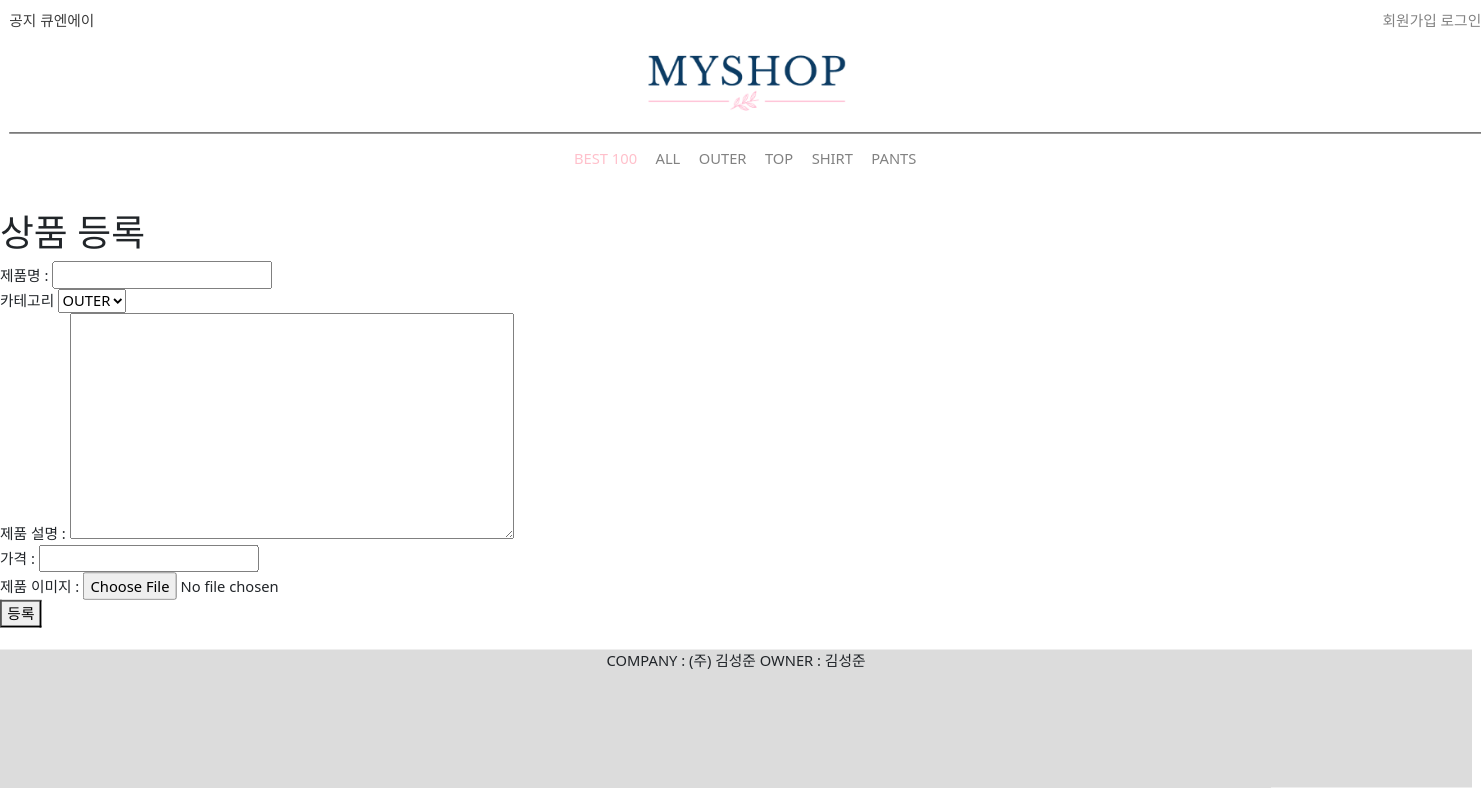
Repository: kkj53051000/MyShop
Page: http://localhost/myshop/WEB-INF/views/product-upload.jsp
An editor plug-in stored every save of this project. The page is shown before and after the next save, followed by the edit.
The browser window is 1280 px wide. The page is 1610 px wide, so the pictures cover 1610 px, including what lies to the right of the window. The pictures show the whole page, at 92% of full size.
The page is served by Tomcat 9. Nobody is signed in. Other server files are loaded and not shown. The template is opened directly, without the code that normally fills it, so the values that code supplies are empty.

Above is the page before, as saved 2021-02-21 06:04:29.

### myshop/src/main/webapp/WEB-INF/views/product-upload.jsp
<%@ page language="java" contentType="text/html; charset=UTF-8"
    pageEncoding="UTF-8"%>
<!DOCTYPE html>
<html>
<head>
<meta charset="UTF-8">
<title>Insert title here</title>
</head>
<body>
	<%@ include file="common/header.jsp" %>
	<br>
	<div>
		<h1>상품 등록</h1>
		<form action="/product" method="POST" enctype="multipart/form-data">
			제품명 : <input name="name"/><br/>
			카테고리
			<SELECT name="category" size=1>
		        <OPTION VALUE="OUTER" SELECTED>OUTER</OPTION>
		        <OPTION VALUE="TOP">TOP</OPTION>
		        <OPTION VALUE="SHIRT">SHIRT</OPTION>
		        <OPTION VALUE="PANTS">PANTS</OPTION>
		    </SELECT><br/>
		   	제품 설명 : <textarea name="info" cols="50" rows="10"></textarea><br/>
			가격 : <input name="price"/><br/>
			제품 이미지 : <input name="img" type="file"/><br/>
			<button>등록</button>
		</form>
	</div>
	<br>
	<%@ include file="common/footer.jsp" %>
</body>
</html>

### myshop/src/main/webapp/WEB-INF/views/common/header.jsp
<%@ page language="java" contentType="text/html; charset=UTF-8" pageEncoding="UTF-8"%>
<%@ taglib prefix="c" uri="http://java.sun.com/jsp/jstl/core" %>
<!DOCTYPE html>
<html>
<head>
	<meta charset="UTF-8">
	<title>Header</title>
	<style>
		.header{
			margin: 10px;

			min-width: 1600px;
		}
		.header_top{
			display: flex;
			flex-direction: row;
			justify-content: space-between;

			color: #3c3c3c;
		}
		.header_center{
			display: flex;
			justify-content: center;
			margin-bottom: 5px;
			border-bottom: 1px solid black;
		}
		.header_center_img{
			height: 100px;
		}
		.header_left{

		}
		.header_right{

		}
		.header_footer{

			width: 100%;
			display: flex;
			justify-content: center;

			<!-- position: fixed; -->


			color: #828282;
		}
		.header_footer > span{
			margin: 10px;
		}
		img{
			margin-bottom: 10px;
		}

		a:link {text-decoration:none; color: #828282;}
		a:visited {text-decoration:none; color: #828282;}
		a:hover {text-decoration:none; color: #828282;}
	</style>
	<link href="https://cdn.jsdelivr.net/npm/bootstrap@5.0.0-beta2/dist/css/bootstrap.min.css" rel="stylesheet" integrity="sha384-BmbxuPwQa2lc/FVzBcNJ7UAyJxM6wuqIj61tLrc4wSX0szH/Ev+nYRRuWlolflfl" crossorigin="anonymous">
</head>
<body>
	<div class="header">
		<div class="header_top">
			<div class="header_left">
				<span>공지</span>
				<span>큐엔에이</span>
			</div>
			<div class="header_right">
				<c:if test="${user.role == 'USER'}">
					<!-- user, admin Check -->
				</c:if>

				<c:if test="${user == null}">
					<span><a href="/join">회원가입</a></span>
					<span><a href="/login">로그인</a></span>
				</c:if>
				<c:if test="${user != null}">
					<span><a href="/admin/product-list">제품상세등록</a></span>
					<span><a href="/product-upload">제품등록</a></span>
					<span><a href="/order/list">주문내역</a></span>
					<span><a href="##">카트</a></span>
					<span><a href="##">마이페이지</a></span>
					<span><a href="/logout">로그아웃</a></span>
				</c:if>
			</div>
		</div>
		<div class="header_center">
			<a href="/"><img class="header_center_img" src="/public/upload/logo.jpg"/></a>
		</div>
		<div class="header_footer">
			<span><a href="####" style="color: #ffc0cb;">BEST 100</a></span>
			<span><a href="/products?category=ALL">ALL</a></span>
			<span><a href="/products?category=OUTER">OUTER</a></span>
			<span><a href="/products?category=TOP">TOP</a></span>
			<span><a href="/products?category=SHIRT">SHIRT</a></span>
			<span><a href="/products?category=PANTS">PANTS</a></span>
		</div>
	</div>
</body>
</html>

### myshop/src/main/webapp/WEB-INF/views/common/footer.jsp
<%@ page language="java" contentType="text/html; charset=UTF-8"
    pageEncoding="UTF-8"%>
<!DOCTYPE html>
<html>
<head>
	<meta charset="UTF-8">
	<title>Insert title here</title>
	<style>
		.footer{
			display: flex;
			justify-content: center;
			background-color: #dcdcdc;
			height: 150px;

			min-width: 1600px;
		}
	</style>
</head>
<body>
	<div class="footer">
		<span>COMPANY : (주) 김성준 OWNER : 김성준</span>
	</div>
</body>
</html>

After the next save:
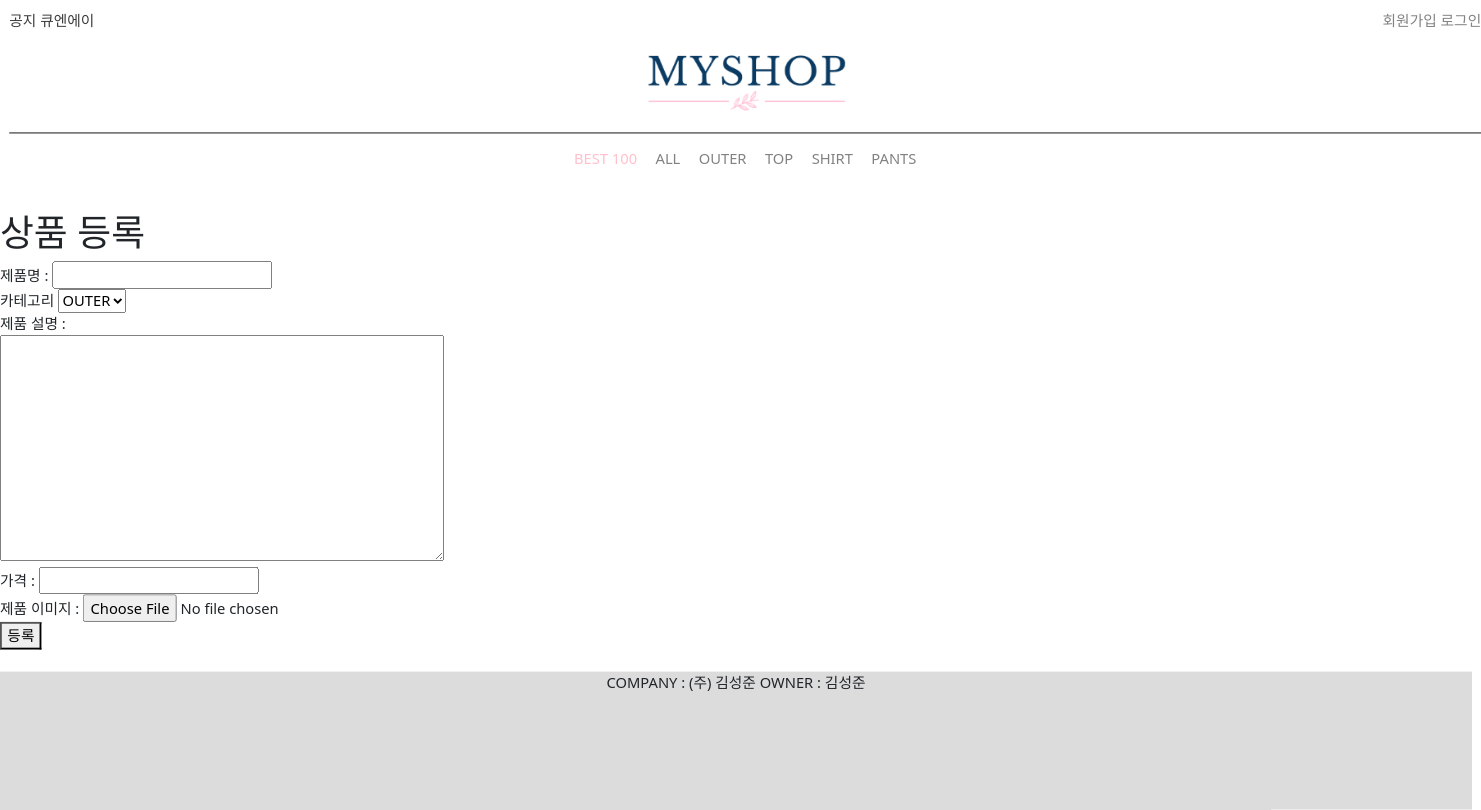
Saved 7 s later.
--- a/myshop/src/main/webapp/WEB-INF/views/product-upload.jsp
+++ b/myshop/src/main/webapp/WEB-INF/views/product-upload.jsp
@@ -20,7 +20,7 @@
 		        <OPTION VALUE="SHIRT">SHIRT</OPTION>
 		        <OPTION VALUE="PANTS">PANTS</OPTION>
 		    </SELECT><br/>
-		   	제품 설명 : <textarea name="info" cols="50" rows="10"></textarea><br/>
+		   	제품 설명 :<br/> <textarea name="info" cols="50" rows="10"></textarea><br/>
 			가격 : <input name="price"/><br/>
 			제품 이미지 : <input name="img" type="file"/><br/>
 			<button>등록</button>
